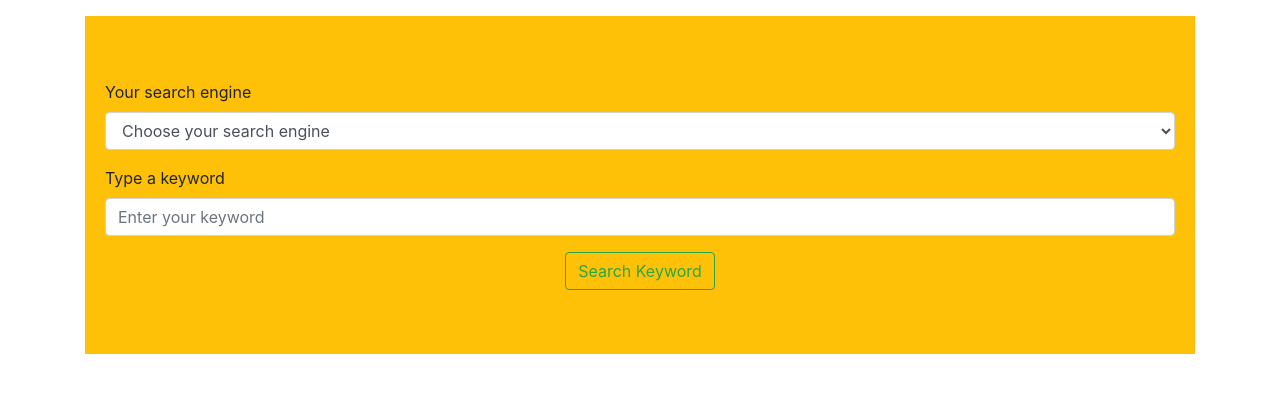
Repository: javatocode/Java-examples
Page: http://localhost/springmvc_crud/WEB-INF/views/add_product.jsp
The author's editor kept a copy of each file at every save. The page is drawn from the files as they stood at one save, then again after the next save.
The browser window is 1280 px wide. The pictures show the whole page.
Some web libraries are served in a nearby version. The page is served by Tomcat 9. Nobody is signed in. Other server files are loaded and not shown. The template is opened directly, without the code that normally fills it, so the values that code supplies are empty.

Above is the page before, as saved 2021-09-03 12:16:15.

### springmvc_crud/src/main/webapp/WEB-INF/views/add_product.jsp
<html>
<head>
<meta charset="ISO-8859-1">
<%@include file="./base.jsp" %>
</head>
<body>
<div class="container mt-3">
 <div class="card-body py-5 bg-warning" >
    <form action="search" class="mt-3" >
    <div class="form-group">
    <label>Your search engine</label>
    <select class="form-control" name="engine">
		  <option selected>Choose your search engine</option>
		  <option value="Google">Google</option>
		  <option value="Yahoo">Yahoo</option>
		  <option value="Bing">Bing</option>
    </select>
    </div>
    <div class="form-group">
    <label>Type a keyword</label>
    <input class="form-control" type="text" name="querybox" placeholder="Enter your keyword"/>
    </div>
    <div class="container-fluid text-center" >
    <button class="btn btn-outline-success">Search Keyword</button>
    </div>
    </form>

  </div>
  </div>
</body>
</html>

### springmvc_crud/src/main/webapp/WEB-INF/views/base.jsp
<%@ page language="java" contentType="text/html; charset=ISO-8859-1"
    pageEncoding="ISO-8859-1"%>
    <%@ taglib prefix="c" uri="http://java.sun.com/jsp/jstl/core" %>
<!-- Required meta tags -->
    <meta charset="utf-8">
    <meta name="viewport" content="width=device-width, initial-scale=1, shrink-to-fit=no">

    <!-- Bootstrap CSS -->
    <link rel="stylesheet" href="https://maxcdn.bootstrapcdn.com/bootstrap/4.0.0/css/bootstrap.min.css" integrity="sha384-Gn5384xqQ1aoWXA+058RXPxPg6fy4IWvTNh0E263XmFcJlSAwiGgFAW/dAiS6JXm" crossorigin="anonymous">

    <title><c:out value="${title}">Base title</c:out></title>


    <!-- Optional JavaScript -->
    <!-- jQuery first, then Popper.js, then Bootstrap JS -->
    <script src="https://code.jquery.com/jquery-3.2.1.slim.min.js" integrity="sha384-KJ3o2DKtIkvYIK3UENzmM7KCkRr/rE9/Qpg6aAZGJwFDMVNA/GpGFF93hXpG5KkN" crossorigin="anonymous"></script>
    <script src="https://cdnjs.cloudflare.com/ajax/libs/popper.js/1.12.9/umd/popper.min.js" integrity="sha384-ApNbgh9B+Y1QKtv3Rn7W3mgPxhU9K/ScQsAP7hUibX39j7fakFPskvXusvfa0b4Q" crossorigin="anonymous"></script>
    <script src="https://maxcdn.bootstrapcdn.com/bootstrap/4.0.0/js/bootstrap.min.js" integrity="sha384-JZR6Spejh4U02d8jOt6vLEHfe/JQGiRRSQQxSfFWpi1MquVdAyjUar5+76PVCmYl" crossorigin="anonymous"></script>

After the next save:
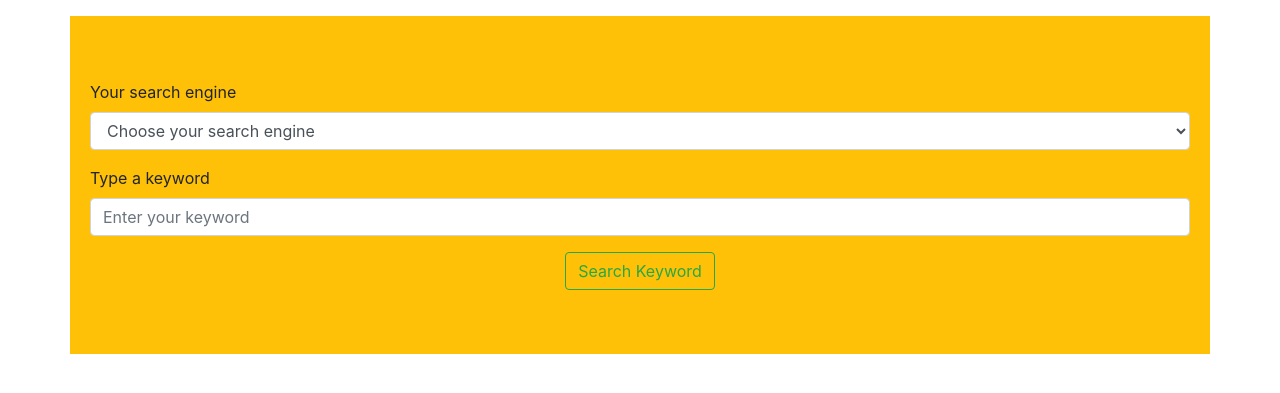
Saved 4 min 15 s later.
--- a/springmvc_crud/src/main/webapp/WEB-INF/views/add_product.jsp
+++ b/springmvc_crud/src/main/webapp/WEB-INF/views/add_product.jsp
@@ -5,6 +5,7 @@
 </head>
 <body>
 <div class="container mt-3">
+<div class="row">
  <div class="card-body py-5 bg-warning" >
     <form action="search" class="mt-3" >
     <div class="form-group">
@@ -24,7 +25,7 @@
     <button class="btn btn-outline-success">Search Keyword</button>
     </div>
     </form>
-
+    </div>
   </div>
   </div>
 </body>
